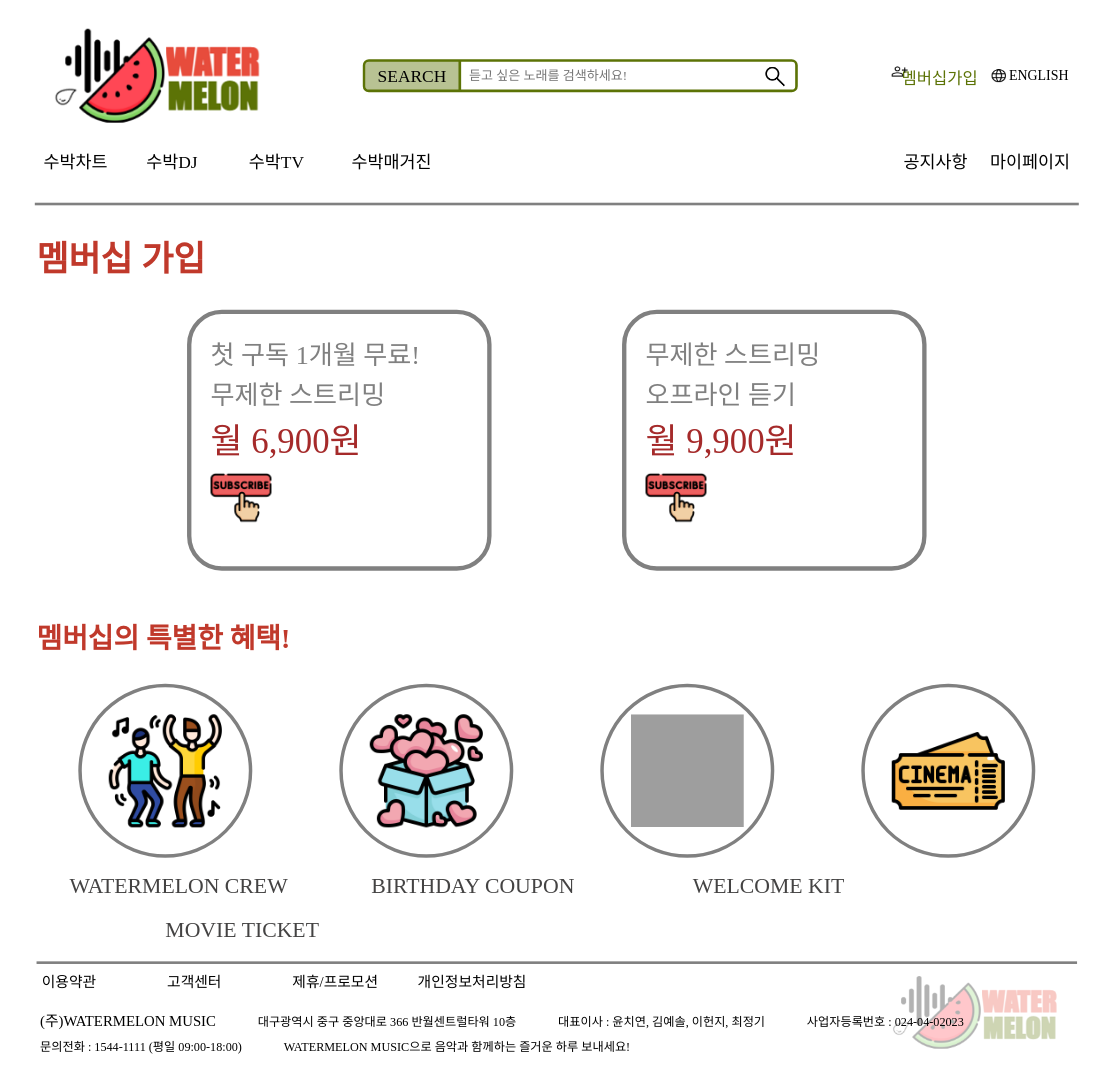
Repository: anchobb/TEAM_STS
Page: http://localhost/PJ_TEAM01/WEB-INF/views/membership.jsp
The author's editor kept a copy of each file at every save. The page is drawn from the files as they stood at one save, then again after the next save.
The browser window is 1280 px wide. The pictures show the whole page, at 87% of full size.
Pictures or frames that could not be fetched are drawn as grey boxes. Some web fonts or font styles are not loaded; a fallback is used. The page is served by Tomcat 9. Nobody is signed in. The template is opened directly, without the code that normally fills it, so the values that code supplies are empty.

Above is the page before, as saved 2023-09-11 10:12:37.

After the next save:
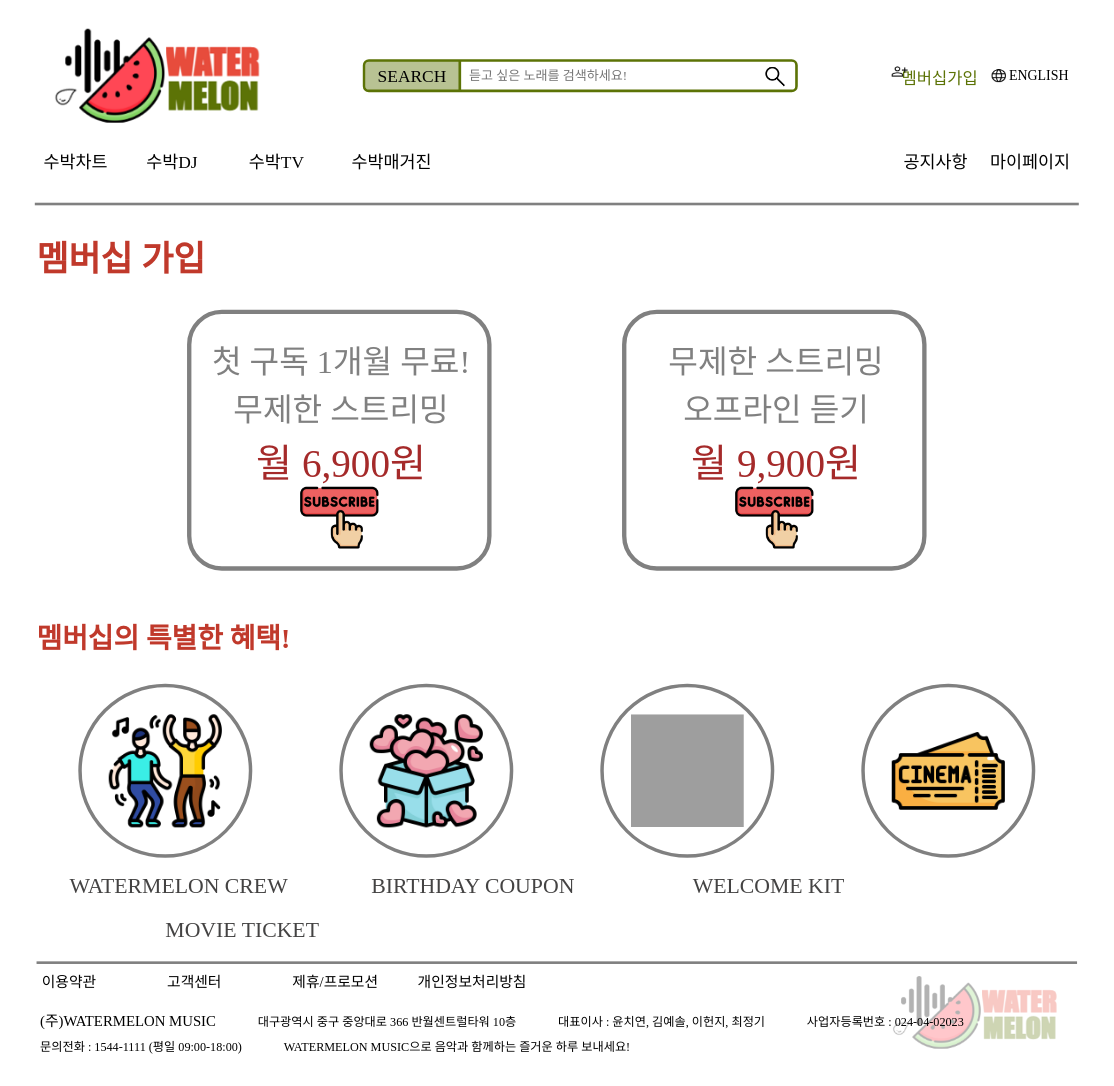
Saved 15 min 33 s later.
--- a/PJ_TEAM01/src/main/webapp/resources/static/css/membership_Page.css
+++ b/PJ_TEAM01/src/main/webapp/resources/static/css/membership_Page.css
@@ -14,10 +14,6 @@
     font-size: 2.5rem;
     margin-top: 30px;
     margin-bottom: 30px;
-}
-.sub_img {
-    width: 70px;
-    height: 70px;
 }
 .ms_pay>div{
     width: 1000px;
@@ -38,20 +34,29 @@
     width: 350px;
     height: 300px;
     padding: 20px;
-
-
+    text-align: center;
+    cursor: pointer;
 }
 
 .ms_pay .subscribe>span {
     display: block;
-    font-size: 30px;
+    width: 300px;
+    height: 50px;
+    font-size: 37px;
     color: gray;
+    margin-top: 5px;
+
 }
 
 .ms_pay .subscribe>#price {
     display: block;
-    font-size: 40px;
+    font-size: 45px;
     color: brown;
+}
+
+.sub_img {
+    width: 90px;
+    height: 90px;
 }
 
 /* section : ms_benefit */
